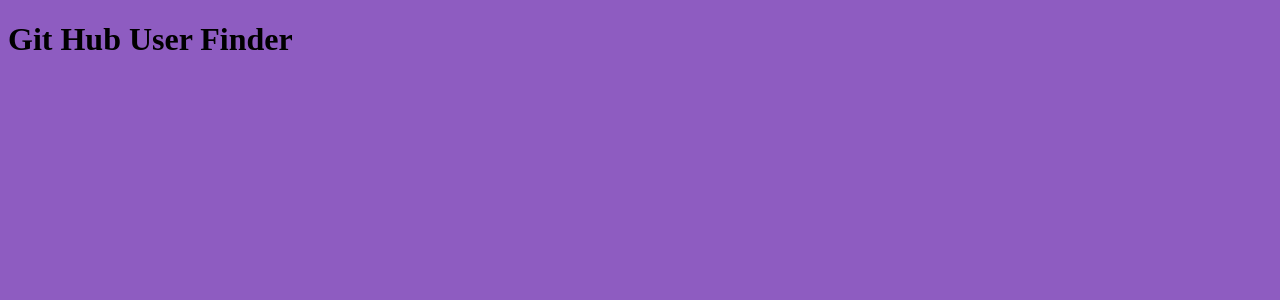
Repository: Dharshinimk-521/github-user-finder
Page: index.html
The author's editor kept a copy of each file at every save. The page is drawn from the files as they stood at one save, then again after the next save.
The browser window is 1280 px wide. The pictures show the whole page.
Some web fonts or font styles are not loaded; a fallback is used.

Above is the page before, as saved 2026-04-13 20:53:17.

### index.html
<!DOCTYPE html>
<html>
    <head>
       <meta charset="UTF-8" />
        <meta name="viewport" content="width=device-width, initial-scale=1.0" />
        <title>GITHUB USER FINDER</title>
        <link rel="preconnect" href="https://fonts.googleapis.com">
        <link rel="preconnect" href="https://fonts.gstatic.com" crossorigin>
        <link href="https://fonts.googleapis.com/css2?family=Bitcount+Single:wght@100..900&family=Cedarville+Cursive&family=Edu+NSW+ACT+Cursive:wght@400..700&family=Inter:ital,opsz,wght@0,14..32,100..900;1,14..32,100..900&family=Iosevka+Charon:ital,wght@0,300;0,400;0,500;0,700;1,300;1,400;1,500;1,700&family=Open+Sans:ital,wght@0,300..800;1,300..800&family=Oswald:wght@200..700&family=Roboto+Mono:ital,wght@0,100..700;1,100..700&family=Roboto:ital,wght@0,500;1,500&family=Saira+Stencil:ital,wght@0,100..900;1,100..900&family=Sekuya&family=Share+Tech&display=swap" rel="stylesheet">
        <link rel="stylesheet" href="style.css">
        <script src="github.js" defer></script>
    </head>
    <body>
        <h1 class="title">Git Hub User Finder</h1>
    </body>
</html>

### style.css
body{
    background-color: #8E5CC1;
}

Loaded but not shown: github.js (no copy from this time; the picture is the same without it)

After the next save:
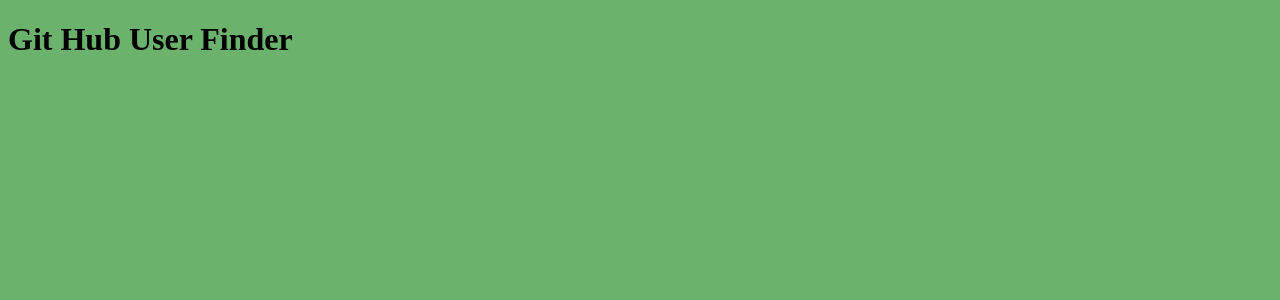
Saved 29 s later.
--- a/style.css
+++ b/style.css
@@ -1,3 +1,3 @@
 body{
-    background-color: #8E5CC1;
+    background-color: #6BB36D;
 }
